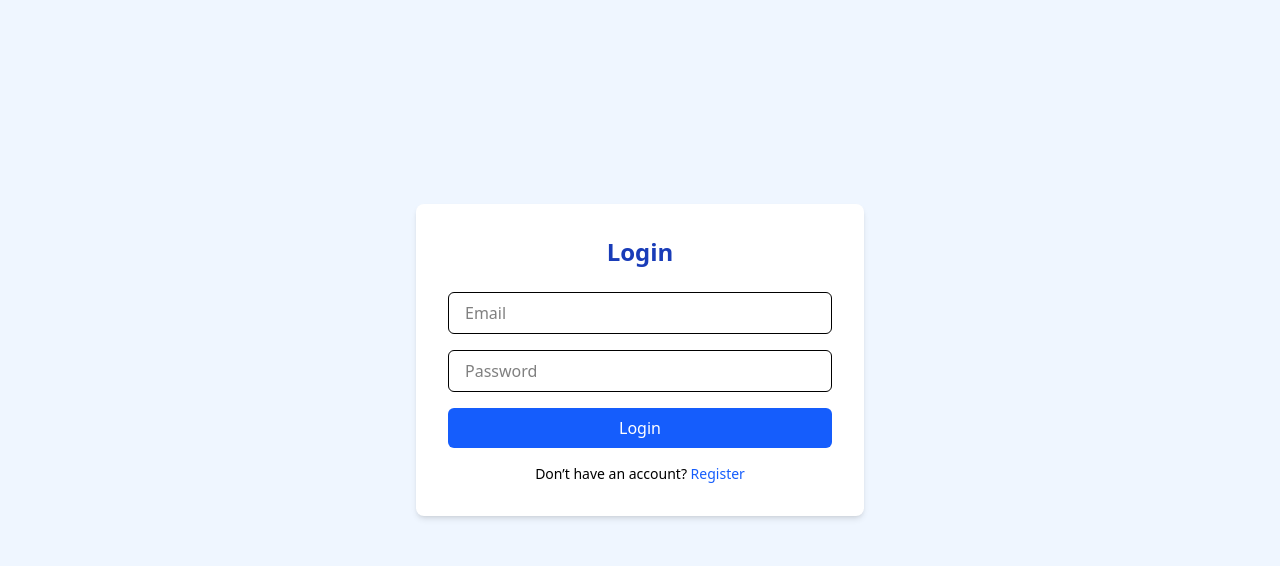
Repository: angad2803/Blood-Donor
Page: / (app in Client/)
An editor plug-in stored every save of this project. The page is shown before and after the next save, followed by the edit.
The browser window is 1280 px wide. The pictures show the whole page.
The project was rebuilt for these pictures with package versions that can differ from the ones it lists, and the page was loaded fresh each time. Also part of the build but not shown: Client/vite.config.js, Client/pages/Dashboard.jsx, Client/pages/CreateRequest.jsx, Client/pages/DonorsList.jsx, Client/pages/Register.jsx, Client/pages/RequestForm.jsx, Client/pages/NearbyRequests.jsx.

Above is the page before, as saved 2025-06-10 14:36:40.

After the next save:
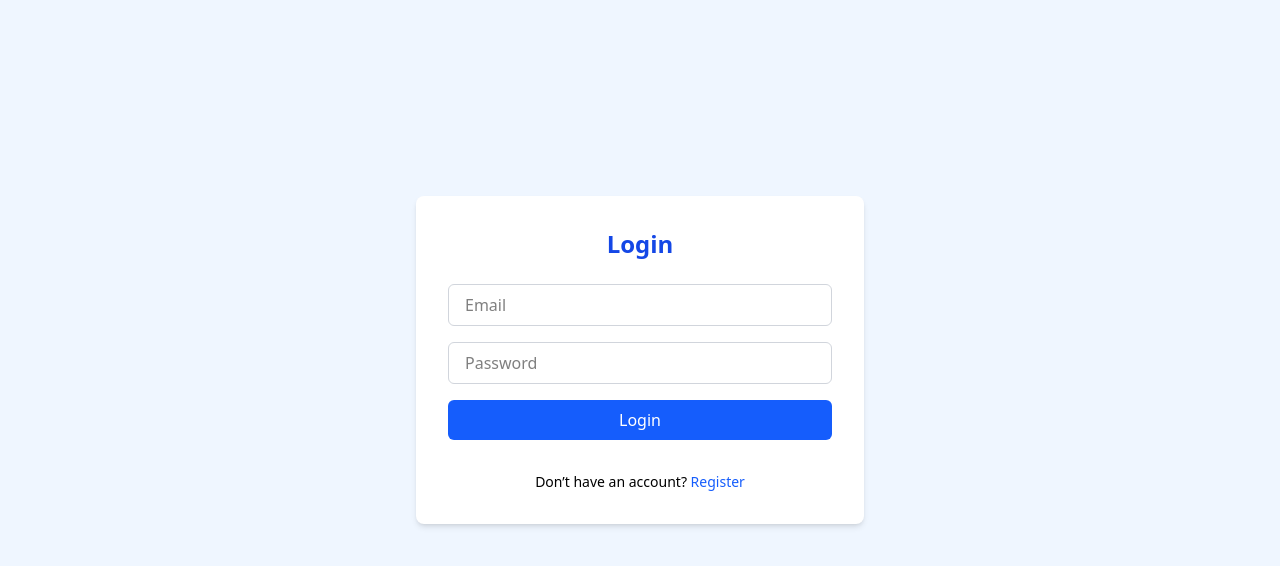
Saved 15 min 19 s later.
--- a/Client/components/Login.jsx
+++ b/Client/components/Login.jsx
@@ -17,16 +17,11 @@ const Login = () => {
     setError("");
     setLoading(true);
 
-    console.log("Submitting login for:", email);
-
     const result = await login(email, password);
-    console.log("Login result:", result);
 
     if (result.success) {
-      console.log("Navigating to /dashboard");
       navigate("/dashboard");
     } else {
-      console.log("Login failed:", result.message);
       setError(result.message || "Login failed");
     }
 
@@ -35,8 +30,8 @@ const Login = () => {
 
   return (
     <div className="min-h-screen flex items-center justify-center bg-blue-50">
-      <div className="w-full max-w-md bg-white shadow-md rounded-lg p-8">
-        <h2 className="text-2xl font-semibold text-center text-blue-800 mb-6">
+      <div className="w-full max-w-md p-8 bg-white rounded-lg shadow-md">
+        <h2 className="text-2xl font-semibold text-center text-blue-700 mb-6">
           Login
         </h2>
         <form onSubmit={handleSubmit} className="space-y-4">
@@ -46,7 +41,7 @@ const Login = () => {
             value={email}
             onChange={(e) => setEmail(e.target.value)}
             required
-            className="w-full px-4 py-2 border rounded-md focus:outline-none focus:ring-2 focus:ring-blue-300"
+            className="w-full px-4 py-2 border border-gray-300 rounded-md focus:outline-none focus:ring-2 focus:ring-blue-400"
           />
           <input
             type="password"
@@ -54,23 +49,25 @@ const Login = () => {
             value={password}
             onChange={(e) => setPassword(e.target.value)}
             required
-            className="w-full px-4 py-2 border rounded-md focus:outline-none focus:ring-2 focus:ring-blue-300"
+            className="w-full px-4 py-2 border border-gray-300 rounded-md focus:outline-none focus:ring-2 focus:ring-blue-400"
           />
           <button
             type="submit"
             disabled={loading}
-            className="w-full bg-blue-600 text-white py-2 rounded-md hover:bg-blue-700 transition"
+            className="w-full py-2 px-4 bg-blue-600 text-white font-medium rounded-md hover:bg-blue-700 transition duration-200 disabled:opacity-50"
           >
             {loading ? "Logging in..." : "Login"}
           </button>
+          {error && (
+            <p className="text-red-500 text-sm text-center mt-2">{error}</p>
+          )}
+          <p className="text-center text-sm mt-4">
+            Don’t have an account?{" "}
+            <Link to="/register" className="text-blue-600 hover:underline">
+              Register
+            </Link>
+          </p>
         </form>
-        {error && <p className="text-red-500 mt-3 text-center">{error}</p>}
-        <p className="mt-4 text-center text-sm">
-          Don’t have an account?{" "}
-          <Link to="/register" className="text-blue-600 hover:underline">
-            Register
-          </Link>
-        </p>
       </div>
     </div>
   );
